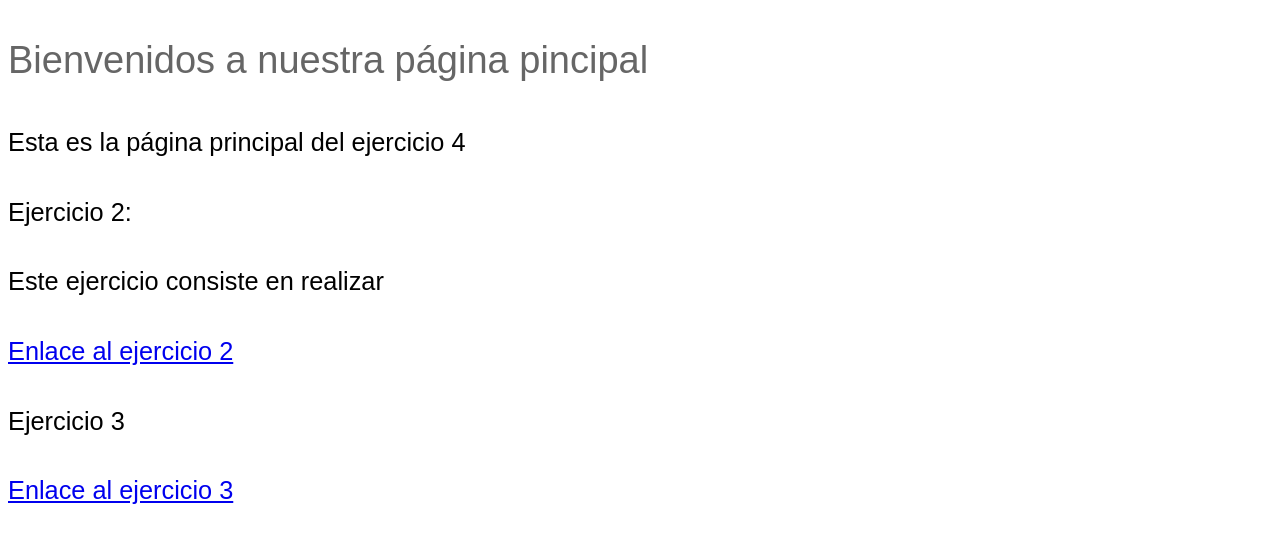
Repository: conmarred/Ejercicio4-Web
Page: Ejercicio4Web/src/main/webapp/index.html
An editor plug-in stored every save of this project. The page is shown before and after the next save, followed by the edit.
The browser window is 1280 px wide. The pictures show the whole page.
Some web fonts or font styles are not loaded; a fallback is used.

Above is the page before, as saved 2022-03-09 12:20:26.

### Ejercicio4Web/src/main/webapp/index.html
<!DOCTYPE html>
<html>
<head>
	<meta charset="UTF-8">
	<title>Pagina principal</title>
	<link rel="stylesheet" href="css/estilos.css">
</head>
<body>
	<div id="main">

		<section id="top">
			<div class="container">
				<h1>Bienvenidos a nuestra página pincipal</h1>
				<p>Esta es la página principal del ejercicio 4</p>
				<p>Ejercicio 2:</p>
				<p>Este ejercicio consiste en realizar</p>
				<a href="ejercicio2.html">Enlace al ejercicio 2</a>
				<p>Ejercicio 3</p>
				<a href="ejercicio3.html">Enlace al ejercicio 3</a>
			</div>
		</section>
	</div>

</body>
</html>

### Ejercicio4Web/src/main/webapp/css/estilos.css
@import url("fontawesome-all.min.css");
@import url("https://fonts.googleapis.com/css?family=Source+Sans+Pro:300,300italic,400,600");


/* Basic */

html {
	box-sizing: border-box;
}


body {
	background: #fff;
	font-family: 'Source Sans Pro', sans-serif;
	font-size: 19pt;
	font-weight: 300;
	line-height: 1.75em;
}


h1 {
	font-weight: 300;
	color: #666;
	line-height: 1.5em;
}


/* Container */

.container {
	margin: 0 auto;
	max-width: 100%;
	width: 1400px;
}

@media screen and (max-width: 700px) {

	.container {
		width: 100%;
	}

}


/* Section */

section {
	margin-bottom: 3em;
}

After the next save:
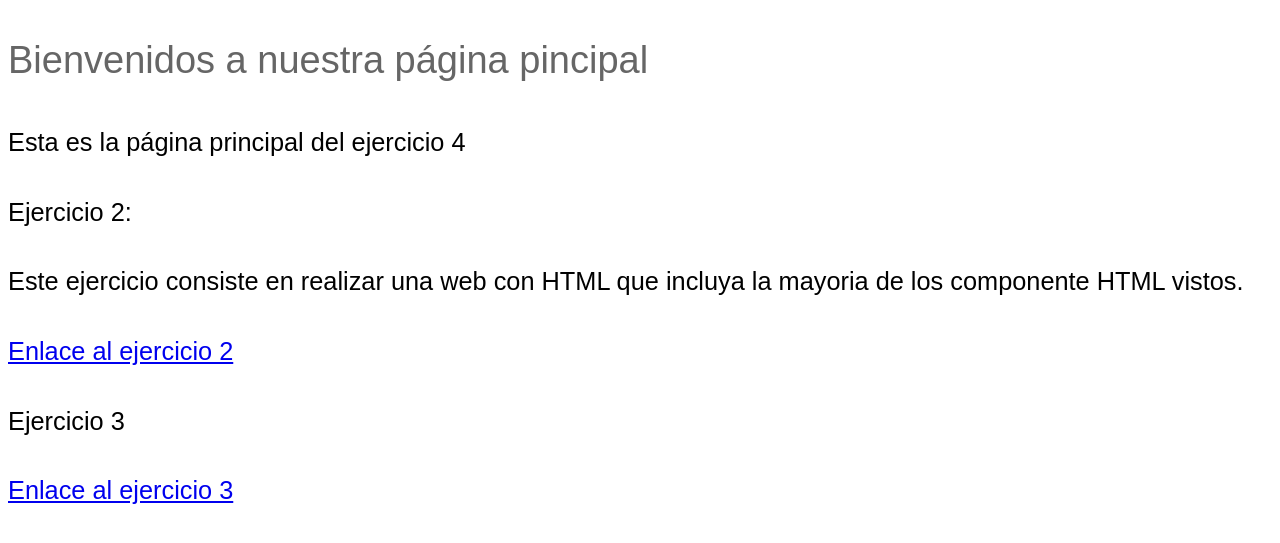
Saved 40 s later.
--- a/Ejercicio4Web/src/main/webapp/index.html
+++ b/Ejercicio4Web/src/main/webapp/index.html
@@ -13,7 +13,8 @@
 				<h1>Bienvenidos a nuestra página pincipal</h1>
 				<p>Esta es la página principal del ejercicio 4</p>
 				<p>Ejercicio 2:</p>
-				<p>Este ejercicio consiste en realizar</p>
+				<p>Este ejercicio consiste en realizar
+				una web con HTML que incluya la mayoria de los componente HTML vistos.</p>
 				<a href="ejercicio2.html">Enlace al ejercicio 2</a>
 				<p>Ejercicio 3</p>
 				<a href="ejercicio3.html">Enlace al ejercicio 3</a>
